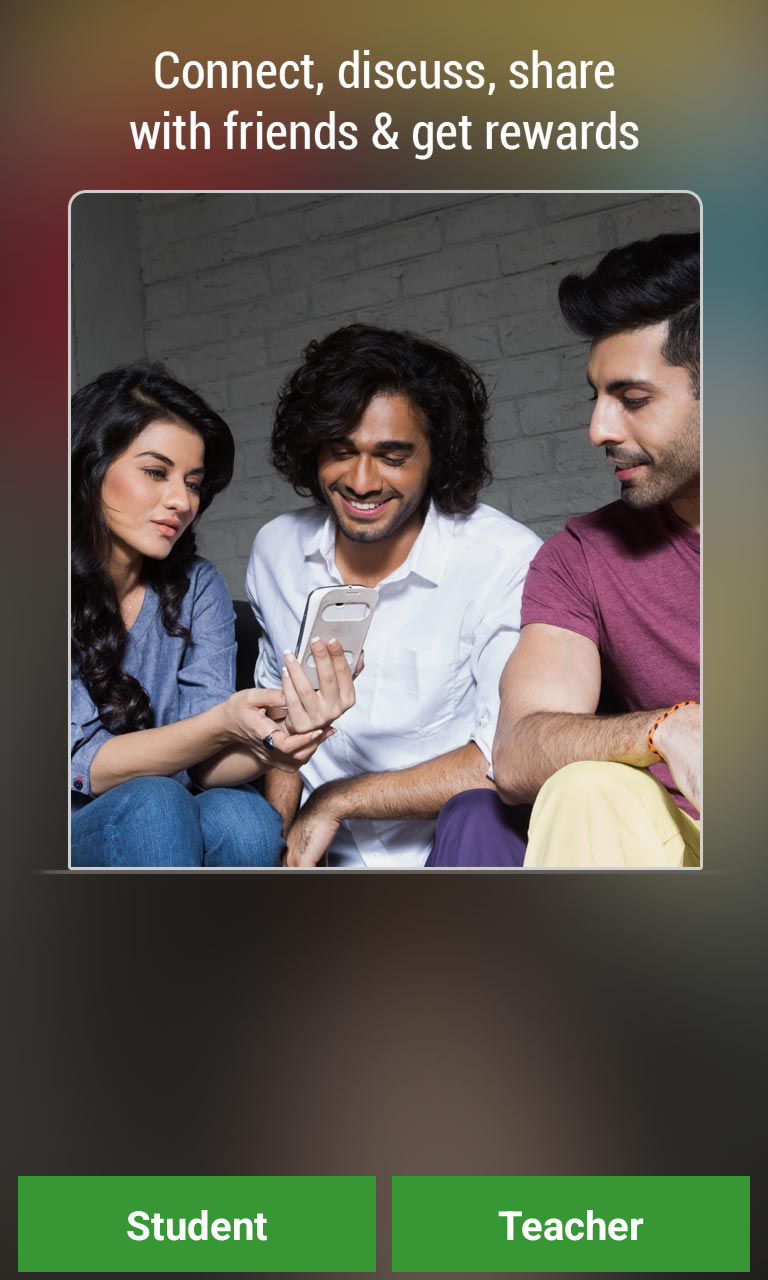
Repository: AdityaKiet/android-work2
Layout: UPTUQuestionBank/res/layout/activity_main.xml
These files come from the project's save history. The layout is drawn as it stood at one moment and after the next save; the edit follows.
It is drawn on a 768 x 1280 px phone screen (xhdpi) without system bars, with theme AppTheme; the app's code is not run.

Above is the layout before, as saved 2015-04-25 12:55:07.

After the next save:
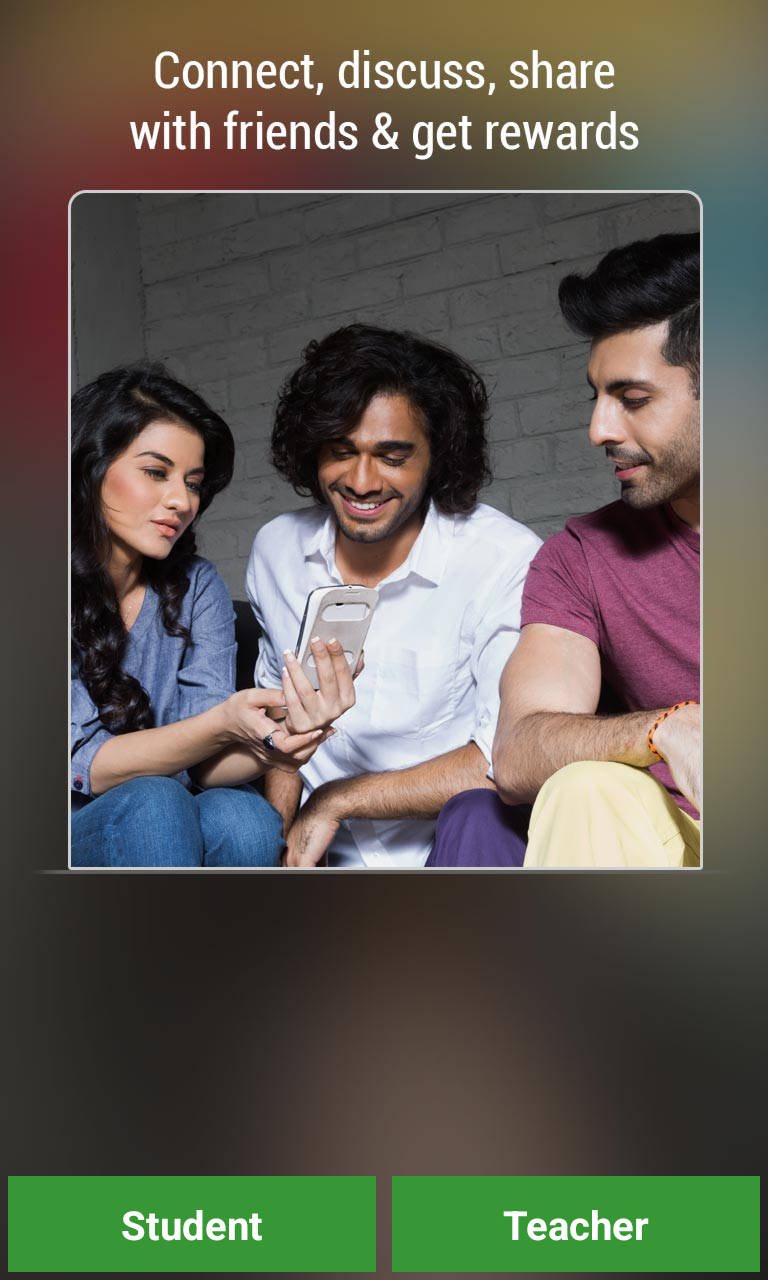
Saved 15 s later.
--- a/UPTUQuestionBank/res/layout/activity_main.xml
+++ b/UPTUQuestionBank/res/layout/activity_main.xml
@@ -15,8 +15,6 @@
         android:layout_width="fill_parent"
         android:layout_height="wrap_content"
         android:layout_alignParentBottom="true"
-        android:layout_marginLeft="5dp"
-        android:layout_marginRight="5dp"
         android:orientation="horizontal"
         android:weightSum="1" >
 
